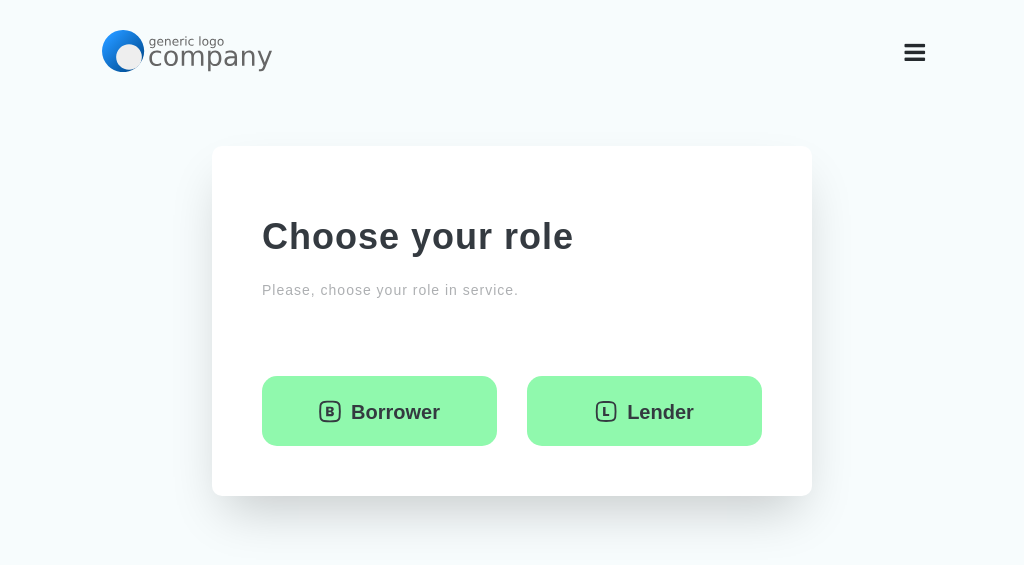
Repository: Andriy-Ma/widgetTask
Page: /
An editor plug-in stored every save of this project. The page is shown before and after the next save, followed by the edit.
The browser window is 1024 px wide. The pictures show the whole page.
The page's requests for data from a server got no answer. Some web fonts or font styles are not loaded; a fallback is used. The project was rebuilt for these pictures with package versions that can differ from the ones it lists, and the page was loaded fresh each time. No one was signed in, and anything a server would have sent is missing. Also part of the build but not shown: src/components/Main/SelectedRoleForm/selectedRoleForm.module.css, src/components/Main/SelectedRoleForm/selectedRoleForm.jsx, src/components/Main/AgreeForm/agreeForm.module.css, src/components/Main/AgreeForm/agreeForm.jsx.

Above is the page before, as saved 2022-08-30 15:04:28.

After the next save:
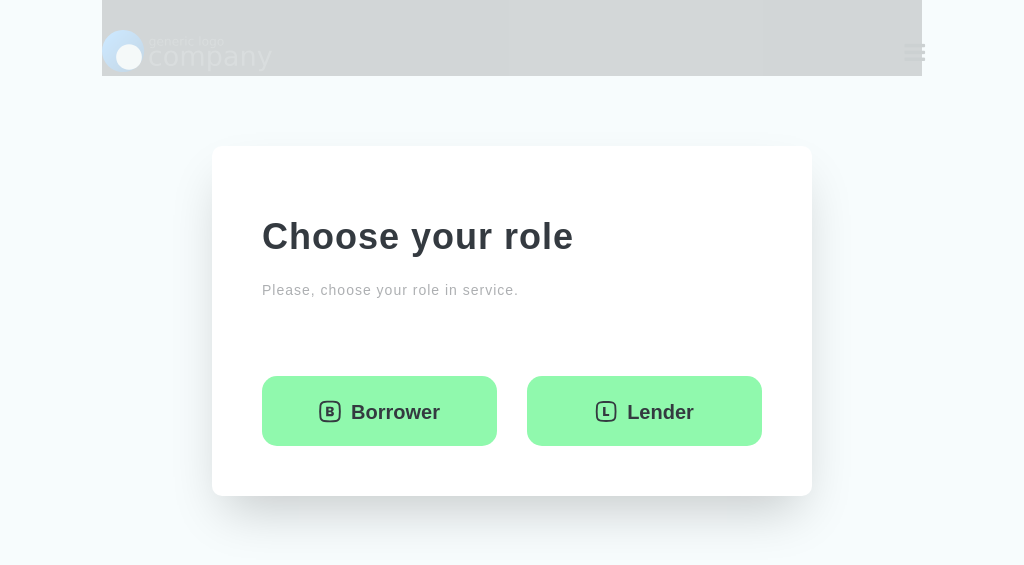
Saved 3 min 40 s later.
--- a/src/components/Header/header.module.css
+++ b/src/components/Header/header.module.css
@@ -107,4 +107,9 @@
     .icon{
         display: block;
     }
+    .header {
+        padding-top: 30px;
+        background-color: #424242;
+        opacity: .2;
+    }
   }

After the save that followed:
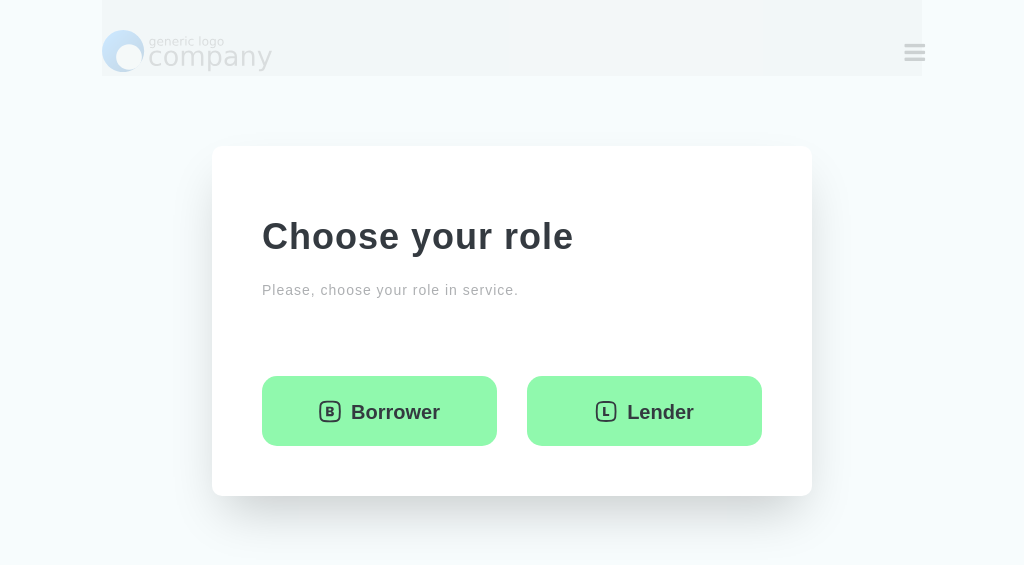
Saved 40 s later.
--- a/src/components/Header/header.module.css
+++ b/src/components/Header/header.module.css
@@ -109,7 +109,7 @@
     }
     .header {
         padding-top: 30px;
-        background-color: #424242;
+        background-color: #b7b7b755;
         opacity: .2;
     }
   }
